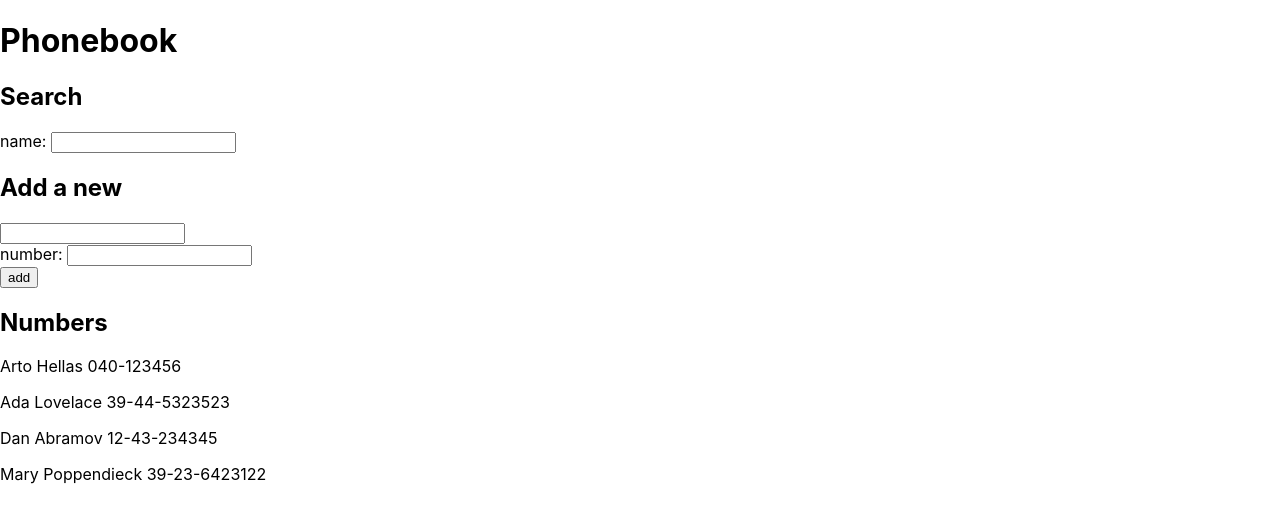
Repository: 0101chaitanya/phonebook-front
Page: /
These files come from the project's save history. The page is drawn as it stood at one moment and after the next save; the edit follows.
The browser window is 1280 px wide. The pictures show the whole page.
The project was rebuilt for these pictures with package versions that can differ from the ones it lists, and the page was loaded fresh each time. Requests to the local data server were answered from the project's data file.

Above is the page before, as saved 2021-09-19 20:48:25.

After the next save:
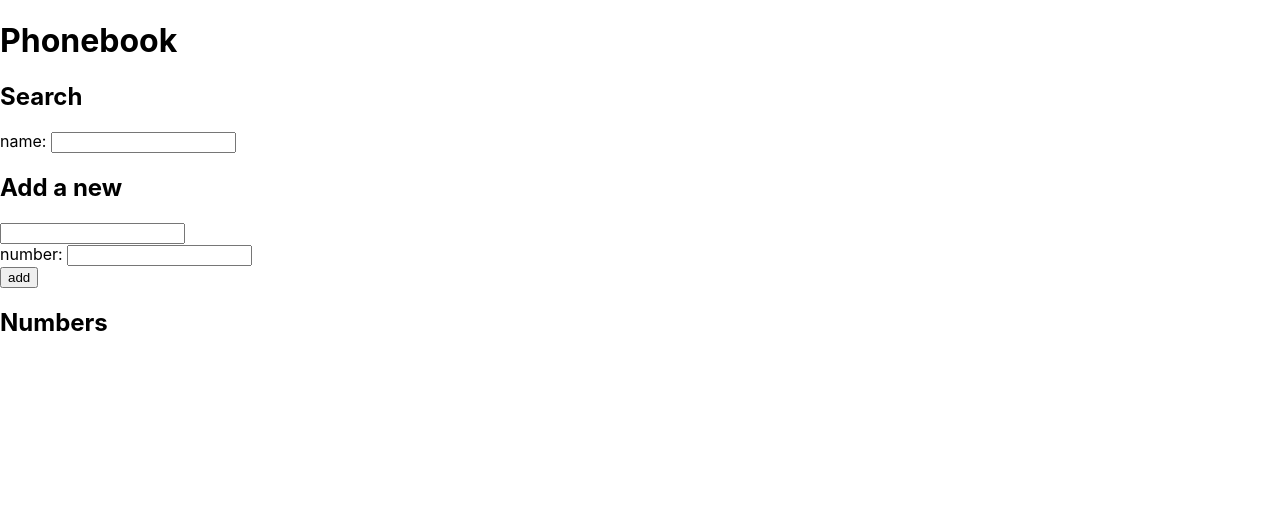
Saved 102 s later.
--- a/src/App.jsx
+++ b/src/App.jsx
@@ -3,12 +3,7 @@
 import Form from "./components/Form";
 import Numbers from "./components/Numbers";
 const App = () => {
-  const [persons, setPersons] = useState([
-    { name: "Arto Hellas", number: "040-123456", id: 1 },
-    { name: "Ada Lovelace", number: "39-44-5323523", id: 2 },
-    { name: "Dan Abramov", number: "12-43-234345", id: 3 },
-    { name: "Mary Poppendieck", number: "39-23-6423122", id: 4 },
-  ]);
+  const [persons, setPersons] = useState([]);
   const [state, setState] = useState({
     name: "",
     number: "",
@@ -59,3 +54,9 @@
 };
 
 export default App;
+
+/* { name: "Arto Hellas", number: "040-123456", id: 1 },
+    { name: "Ada Lovelace", number: "39-44-5323523", id: 2 },
+    { name: "Dan Abramov", number: "12-43-234345", id: 3 },
+    { name: "Mary Poppendieck", number: "39-23-6423122", id: 4 },
+  */

After the save that followed:
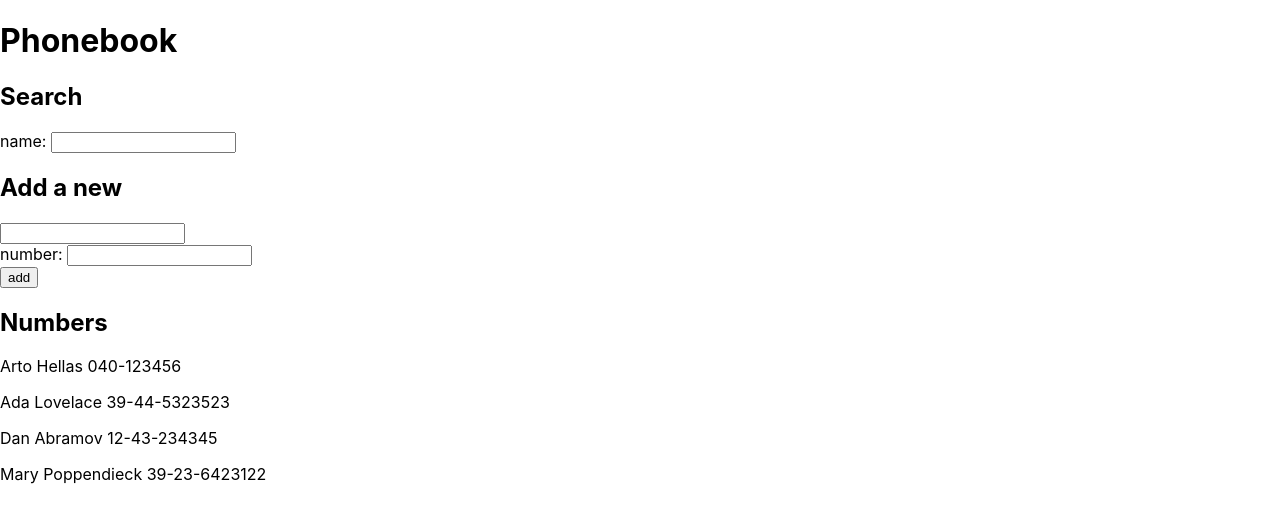
Saved 2 min 23 s later.
--- a/src/App.jsx
+++ b/src/App.jsx
@@ -1,4 +1,5 @@
-import React, { useState } from "react";
+import React, { useState, useEffect } from "react";
+import axios from "axios";
 import Search from "./components/Search";
 import Form from "./components/Form";
 import Numbers from "./components/Numbers";
@@ -9,6 +10,15 @@
     number: "",
   });
   const [search, setSearch] = useState("");
+
+  useEffect(() => {
+    axios.get("http://localhost:3001/persons").then((res) => {
+      const data = res.data;
+      console.log(data);
+      setPersons(data);
+    });
+  }, []);
+
   const handleChange = (e) => {
     const { name, value } = e.target;
     setState({
